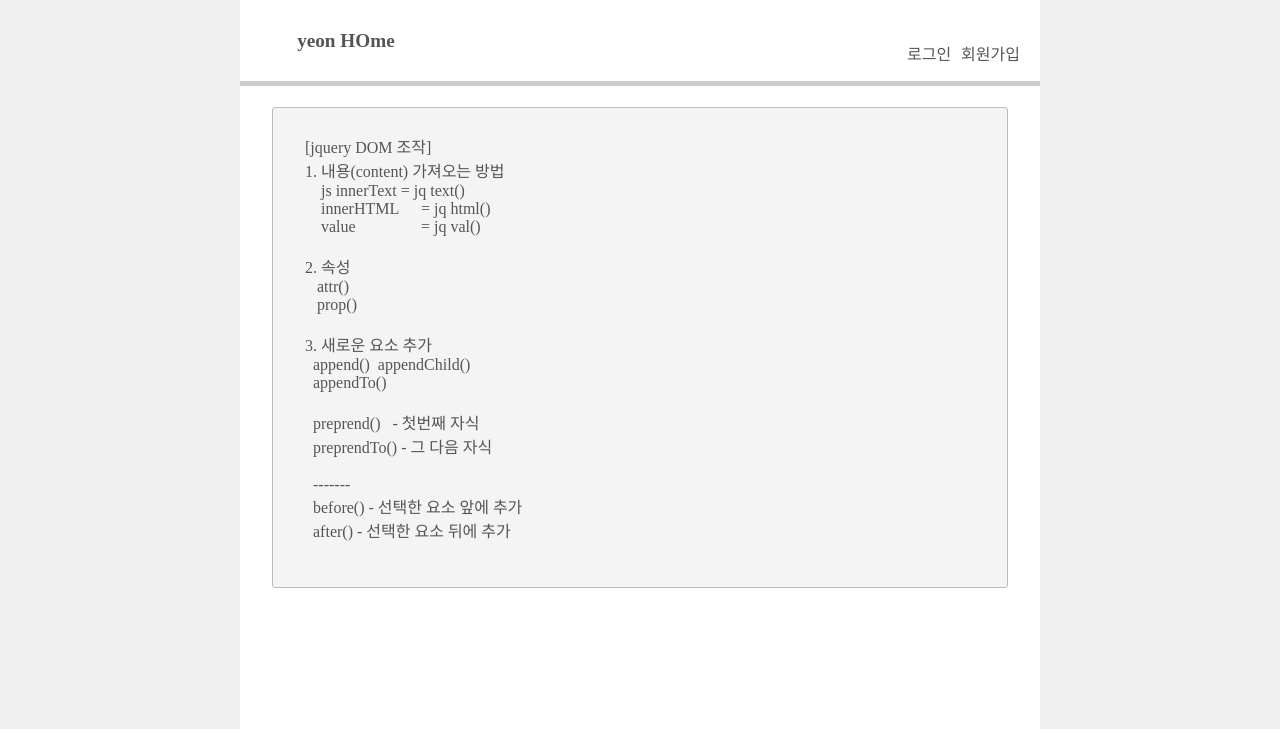
Repository: yeonhwa323/webPro
Page: webPro/src/main/webapp/jquery/days09/ex07.html
These files come from the project's save history. The page is drawn as it stood at one moment and after the next save; the edit follows.
The browser window is 1280 px wide. The pictures show the whole page.
Some web fonts or font styles are not loaded; a fallback is used.

Above is the page before, as saved 2024-04-17 06:52:11.

### webPro/src/main/webapp/jquery/days09/ex07.html
<!DOCTYPE html>
<html>
<head>
<meta charset="UTF-8">
<meta name="viewport" content="width=device-width, initial-scale=1.0">
<title>Insert title here</title>
<link rel="shortcut icon" type="image/x-icon" href="http://localhost/webPro/images/SiSt.ico">
<script src="https://ajax.googleapis.com/ajax/libs/jquery/3.7.1/jquery.min.js"></script>
<link rel="stylesheet" href="http://localhost/webPro/resources/cdn-main/example.css">
<script src="http://localhost/webPro/resources/cdn-main/example.js"></script>
<style>
 span.material-symbols-outlined{
   vertical-align: text-bottom;
 }
</style>
</head>
<body>
<header>
  <h1 class="main"><a href="#" style="position: absolute;top:30px;">yeon HOme</a></h1>
  <ul>
    <li><a href="#">로그인</a></li>
    <li><a href="#">회원가입</a></li>
  </ul>
</header>
<div>
  <xmp class="code">
    [jquery DOM 조작]
    1. 내용(content) 가져오는 방법
    	js innerText = jq text()
    	innerHTML 	 = jq html()
    	value 		 = jq val()

    2. 속성
       attr()
       prop()

    3. 새로운 요소 추가
      append()  appendChild()
      appendTo()

      preprend()   - 첫번째 자식
      preprendTo() - 그 다음 자식

      -------
      before() - 선택한 요소 앞에 추가
      after() - 선택한 요소 뒤에 추가

  </xmp>


</div>


</body>
</html>

### webPro/src/main/webapp/resources/cdn-main/example.css
@charset "UTF-8";

@import url('https://fonts.googleapis.com/css2?family=Material+Symbols+Outlined:opsz,wght,FILL,GRAD@20..48,100..700,0..1,-50..200');

@font-face {
    font-family: 'GmarketSansMedium';
    src: url('https://cdn.jsdelivr.net/gh/projectnoonnu/noonfonts_2001@1.1/GmarketSansMedium.woff') format('woff');
    font-weight: normal;
    font-style: normal;
}

:root {
	--text-color: #555;
	--sub-text-color: #777;
	--back-color: #EFEFEF;
	--header-color: #444;
	--primary-color: #DEDEDE;
	--secondary-color: #EFEFEF;
	--default-width: 800px;
	--narrow-width: 500px;
	--wide-width: 1200px;
	--text-font: 'GmarketSansMedium';
	--icon-font: 'Material Symbols Outlined';
	--border-color: #CCC;
}

html, body {
	margin: 0;
	padding: 0;
}

html {
	background-color: var(--back-color);
	display: flex;
	justify-content: center;
	min-height: 100vh;
}

body, body.default {
	width: var(--default-width);
	background-color: white;
	padding-bottom: 120px;
}

body.wide {
	width: var(--wide-width);
}

body.narrow {
	width: var(--narrow-width);
}



body, p, div, span, a, input, select, option, textarea, button, table, th, td, label, fieldset, legend {
	font-family: var(--text-font);
	color: var(--text-color);
}

h1, h2, h3 {
	font-family: var(--text-font);
	color: var(--header-color);
	padding: 0 1rem;
	padding-top: .5rem;
}

div > h1, div > h2, div > h3 {
	padding: 0;
}

body > div, body > main > div {
	padding: 0.3rem 1rem;
}


h1 { font-size: 2rem; border-bottom: 1px solid var(--border-color); }
h1 small { font-size: 1.2rem; color: var(--sub-text-color); }
h2 { font-size: 1.5rem; border-bottom: 1px dashed var(--border-color); }
h2 small { font-size: 1.1rem; color: --sub-text-color; }
h3 { font-size: 1.2rem; }
h3 small { font-size: 1rem; color: --sub-text-color; }



h1.main::before {
	font-family: var(--icon-font);
  	content: '\e666';
  	margin-right: 10px;
  	float: left;
	font-size: 2.5rem;
}

h1.sub::before {
	font-family: var(--icon-font);
  	content: '\ea19';
  	margin-right: 10px;
  	float: left;
	font-size: 2.5rem;
}


h1.page::before {
	font-family: var(--icon-font);
  	content: '\e0e0';
  	margin-right: 10px;
  	float: left;
	font-size: 2.5rem;
}

body > header > ul > li > .active{
	background-color: #FFF;
	color:#F00;
}

body > header {
	display: flex;
	justify-content: space-between;
	border-bottom: 5px solid var(--border-color);
	min-height: 74px;
	background-color: #FFF;
}

body > header.sticky {
	position: sticky;
	top: 0;
	z-index: 98;
}

body > header > h1 {
	font-size: 1.2rem;
	border: 0;
}

body > header.in > h1::before {
	font-family: var(--icon-font);
  	content: '\e332‥';
  	margin-right: 3px;
  	float: left;
	font-size: 2rem;
}


body > header > ul {
	list-style-type: none;
	display: flex;
	align-items: flex-end;
	margin-right: 10px;
}

body > header > ul > li {
	margin-right: 10px;
	cursor: pointer;
}

body > header > ul > li > a {
	cursor: pointer;
}


form {
	display: block;
}

form > div {
	padding: 0.3rem 1rem;
}

div > form > div {
	padding: 0.3rem 0;
}

input, textarea, button, select {
	border: 1px solid #BBB;
	border-radius: 3px;
	outline: none;
	resize: none;
	padding: 7px;
	margin: 0;
}

input[type=text]:read-only, textarea:read-only {
	cursor: not-allowed;
	background-color: #FFF;
}

input[type=text]:disabled, textarea:disabled {
	cursor: not-allowed;
	background-color: #EEE;
}

input[type=text], input[type=password], textarea, button, select {
	/* width: 300px; */
}

textarea {
	display: block;
	height: 100px;
}

input[type=button], input[type=submit], button {
	/* width: inherit; */
}

input.short, textarea.short, button.short, select.short {
	width: 100px;
}

input.long, textarea.long, button.long, select.long {
	width: 350px;
}

.narrow input.long, .narrow textarea.long, .narrow button.long, .narrow select.long {
	width: calc(100% - 20px);
}

input.full, textarea.full, button.full, select.full {
	width: calc(100% - 20px);
}

textarea.short {
	height: 50px;
}

textarea.long {
	height: 100px;
}

textarea.full {
	height: 200px;
}

input, textarea {
	padding-top: 8px;
}

input[type=button], input[type=submit], button {
	padding: 5px 10px;
	background-color: var(--secondary-color);
	cursor: pointer;
	min-height: 36px;
}

input[type=button].primary, input[type=submit].primary, button.primary {
	/* background-color: rgba(100, 149, 237, .2); */
	background-color: var(--primary-color);
}

input[type=button].primary:hover, input[type=submit].primary:hover, button.primary:hover {
	/* background-color: rgba(100, 149, 237, .3); */
	background-color: var(--secondary-color);
}

input[type=button]:hover, input[type=submit]:hover, button:hover {
	background-color: var(--primary-color);
}

button {
	position: relative;
	left: 0;
	top: 0;
	padding-left: 35px;
}

button .material-symbols-outlined {
	position: absolute;
	left: 10px;
	top: 4px;
}

/* k2nik add */
button.login::before {
	font-family: var(--icon-font);
  	content: '\ea77';
	position: absolute;
	left: 11px;
	top: 4px;
	font-size: 1.25rem;
}

/* k2nik logout */
button.logout::before {
	font-family: var(--icon-font);
  	content: '\e9ba';
	position: absolute;
	left: 11px;
	top: 4px;
	font-size: 1.25rem;
}

/* k2nik help */
button.help::before {
	font-family: var(--icon-font);
  	content: '\f1c0';
	position: absolute;
	left: 11px;
	top: 4px;
	font-size: 1.25rem;
}

button.add::before{
	font-family: var(--icon-font);
  	content: '\e746';
	position: absolute;
	left: 11px;
	top: 4px;
	font-size: 1.25rem;
}

button.back::before {
	font-family: var(--icon-font);
  	content: '\e166';
	position: absolute;
	left: 11px;
	top: 4px;
	font-size: 1.25rem;
}

button.list::before {
	font-family: var(--icon-font);
  	content: '\e0ee';
	position: absolute;
	left: 11px;
	top: 4px;
	font-size: 1.25rem;
}


button.del::before {
	font-family: var(--icon-font);
  	content: '\e872';
	position: absolute;
	left: 11px;
	top: 4px;
	font-size: 1.25rem;
}


button.edit::before {
	font-family: var(--icon-font);
  	content: '\e745';
	position: absolute;
	left: 11px;
	top: 4px;
	font-size: 1.25rem;
}


button.login::before {
	font-family: var(--icon-font);
  	content: '\ea77';
	position: absolute;
	left: 11px;
	top: 4px;
	font-size: 1.25rem;
}


button.logout::before {
	font-family: var(--icon-font);
  	content: '\e9ba';
	position: absolute;
	left: 11px;
	top: 4px;
	font-size: 1.25rem;
}


button.in::before {
	font-family: var(--icon-font);
  	content: '\f71a';
	position: absolute;
	left: 11px;
	top: 4px;
	font-size: 1.25rem;
}


button.out::before {
	font-family: var(--icon-font);
  	content: '\f70e';
	position: absolute;
	left: 11px;
	top: 4px;
	font-size: 1.25rem;
}


button.reply::before {
	font-family: var(--icon-font);
  	content: '\e15e';
	position: absolute;
	left: 11px;
	top: 4px;
	font-size: 1.25rem;
}


button.comment::before {
	font-family: var(--icon-font);
  	content: '\e0b9';
	position: absolute;
	left: 11px;
	top: 4px;
	font-size: 1.25rem;
}


button.modal::before {
	font-family: var(--icon-font);
  	content: '\e89e';
	position: absolute;
	left: 11px;
	top: 4px;
	font-size: 1.25rem;
}


button.ok::before {
	font-family: var(--icon-font);
  	content: '\e86c';
	position: absolute;
	left: 11px;
	top: 4px;
	font-size: 1.25rem;
}


button.cancel::before {
	font-family: var(--icon-font);
  	content: '\e5c9';
	position: absolute;
	left: 11px;
	top: 4px;
	font-size: 1.25rem;
}

button.search::before {
	font-family: var(--icon-font);
  	content: '\e8b6';
	position: absolute;
	left: 11px;
	top: 4px;
	font-size: 1.25rem;
}

button.home::before {
	font-family: var(--icon-font);
  	content: '\e88a';
	position: absolute;
	left: 11px;
	top: 4px;
	font-size: 1.25rem;
}


button.sidebar::before {
	font-family: var(--icon-font);
  	content: '\f7e4';
	position: absolute;
	left: 11px;
	top: 4px;
	font-size: 1.25rem;
}


button.sidebar-right::before {
	font-family: var(--icon-font);
  	content: '\f7e5';
	position: absolute;
	left: 11px;
	top: 4px;
	font-size: 1.25rem;
}




button::before {
	font-family: var(--icon-font);
  	content: '\e323';
	position: absolute;
	left: 11px;
	top: 4px;
	font-size: 1.25rem;
}


table {
	border-collapse: collapse;
	margin: 1rem;
	box-sizing: border-box;
	width: calc(100% - 32px);
}

table.content {
	width: auto;
}

div > table {
	margin: 0;
}

table th, table td {
	border: 1px solid var(--border-color);
	padding: 7px;
	font-weight: normal;
}

table th {
	background-color: var(--back-color);
}

table.vertical th {
	width: 150px;
}

table.vertical td {
	width: calc(100% - 182px);
	padding-left: 10px;
}

table.content td, table.content th {
	width: auto;
}

body.narrow table.vertical th {
	width: 100px;
}

body.narrow table.vertical td {
	width: calc(100% - 182px);
}


table + table {
	margin-top: 30px;
}


p {
	padding: 0 1rem;
}

a {
	text-decoration: none;
}

a:hover {
	color: rgba(255, 99, 71, .7);
}

hr {
	border: 0;
	border-top: 1px solid var(--border-color);
	margin: 2rem 0;
}

.message {
	border: 1px solid var(--border-color);
	background-color: #EFEFEF;
	margin: 1rem;
	width: auto;
	padding-top: 10px;
	padding-bottom: 10px;
	font-size: 14px;
}

.message[title]::before {
	content: attr(title);
	display: block;
	border-bottom: 1px solid var(--border-color);
	padding-bottom: 5px;
	margin-bottom: 10px;
	margin-top: 7px;
}

.message.short {
	max-width: 250px;
}

.message.long {
	max-width: 500px;
}

.badge {
	float: right;
	font-size: .8rem;
	margin-top: 2px;
	margin-right: 2px;
	text-shadow: 0 0 7px gray;
}

.badge.left {
	float: none;
	margin-left: 2px;
}

.badge.right {
	float: right;
}

.badge.red {
	border-radius: 50%;
	padding: 2px 5px;
	background-color: rgb(255, 99, 71, .3);
}

.badge.yellow {

	border-radius: 50%;
	padding: 2px 5px;
	background-color: rgb(255, 215, 0, .5);
}

.badge.blue {
	border-radius: 50%;
	padding: 2px 5px;
	background-color: rgb(100, 149, 237, .3);
}

label + label {
	margin-left: 7px;
}

label input[type=checkbox], label input[type=radio] {
	transform: translate(0, 1px);
}

.group {
	display: flex;
}

.modal-content .group {
	margin-bottom: .5rem;
}

.group label {
	border: 1px solid #BBB;
	border-radius: 3px;
	outline: none;
	resize: none;
	padding: 7px 14px;
	margin: 0;
	border-top-right-radius: 0;
	border-bottom-right-radius: 0;
	background-color: #EFEFEF;
	white-space: nowrap;
	font-size: 14px;
}

.group input[type=text] {
	margin-left: -1px;
	border-top-left-radius: 0;
	border-bottom-left-radius: 0;
}

.group select {
	margin-left: -1px;
	border-top-left-radius: 0;
	border-bottom-left-radius: 0;
}

.group input.full[type=text] {
	margin-left: -1px;
	border-top-left-radius: 0;
	border-bottom-left-radius: 0;
	width: 100%;
}

.group input[type=button]:first-child, .group button:first-child {
	border-top-left-radius: 3px;
	border-bottom-left-radius: 3px;
	margin-left: 0px;
}

.group input[type=button], .group button {
	border-radius: 0;
	margin-left: -1px;
}

.group input[type=button]:last-child, .group button:last-child {
	margin-left: -1px;
	border-top-right-radius: 3px;
	border-bottom-right-radius: 3px;
}

.seperate {
	display: flex;
	justify-content: space-between;
}

div.list {
	width: max-content;
	margin: 1rem;
	border: 1px solid #BBB;
	border-radius: 3px;
	padding: 0;
}

div.list.full {
	width: auto;
	display: block;
	margin: 1rem;
	border: 1px solid #BBB;
	border-radius: 3px;
	padding: 0;
}

div.list > div {
	padding: .5rem 1rem;
	margin: 0;
	border-bottom: 1px solid #BBB;
}

div.list > div:last-child {
	border-bottom: 0;
}

pre.code , xmp.code{
	font-family: consols;
	background-color: rgba(150, 150, 150, .1);
	border: 1px solid #BBB;
	border-radius: 3px;
	padding: .5rem 1rem;
	padding-bottom: .6rem;
	margin: 1rem;
}




*[data-modal-window] {
	position: fixed;
	background-color: rgba(0, 0, 0, .3);
	left: 0;
	top: 0;
	display: none;
	justify-content: center;
	align-items: flex-start;
	width: 100%;
	min-height: 100vh;
	z-index: 100;
	opacity: 0;
	transition: 500ms all;
}

*[data-modal-window] .modal-container {
	border-radius: 5px;
	padding: 1rem;
	padding-bottom: .5rem;
	margin-top: -500px;
	opacity: 0;
	width: 500px;
	background-color: #FFF;
	margin-right: 2rem;
	transition: 500ms all;
}

*[data-modal-size=content] .modal-container {
	width: auto;
}

*[data-modal-size=narrow] .modal-container {
	width: 300px;
}

*[data-modal-size=wide] .modal-container {
	width: 760px;
}


*[data-modal-window] .modal-header {
	border-bottom: 1px solid var(--border-color);
	padding: 2px 5px;
}

*[data-modal-window] .modal-content {
	padding: 1rem 5px;
}

*[data-modal-window] .modal-content div:last-child {
	margin-top: 1rem;
	text-align: right;
}



*[data-sidebar-window] {
	position: fixed;
	background-color: #FFF;
	left: 0;
	top: 0;
	display: block;
	width: 300px;
	border-right: 1px solid var(--border-color);
	box-sizing: border-box;
	box-shadow: 0 0 3px var(--back-color);
	min-height: 100vh;
	z-index: 99;
	transform: translate(-300px, 0);
	transition-duration: 500ms;
	transition-property: transform;
}

*[data-sidebar-direction=right] {
	left: auto;
	right: 0;
	transform: translate(300px, 0);
	border-left: 1px solid var(--border-color);
}

*[data-sidebar-size=wide] {
	width: 500px;
	transform: translate(-500px, 0);
}

*[data-sidebar-window] .sidebar-title {
	border-bottom: 1px solid var(--border-color);
	margin-top: 20px;
	margin-bottom: 20px;
	padding-bottom: 5px;
	display: flex;
	justify-content: space-between;
}

*[data-sidebar-window] .sidebar-title span:last-child {
	cursor: pointer;
}


/* K2Nik pagination */
.center {
  text-align: center;
}

.pagination {
  display: inline-block;
}

.pagination a {
  color: black;
  float: left;
  padding: 3px 6px;
  text-decoration: none;
  transition: background-color .3s;
  border: 1px solid #ddd;
  margin: 0 3px;
}

.pagination a.active {
  background-color: #4CAF50;
  color: white;
  border: 1px solid #4CAF50;
}

.pagination a:hover:not(.active) {background-color: #ddd;}

### webPro/src/main/webapp/resources/cdn-main/example.js

window.onload = () => {

    const list = document.querySelectorAll('input, textarea');

    list.forEach(item => {
        item.setAttribute('autocomplete', 'off');
    });


    const modal_btn_list = document.querySelectorAll('*[data-modal-button]');

    modal_btn_list.forEach(item => {
        item.onclick = function() {

            const name = this.dataset['modalButton'];
            const modal_window = document.querySelector('*[data-modal-window=' + name);

            const container = document.createElement('div');
            container.className = 'modal-container';



            const modal_header = document.createElement('div');
            modal_header.textContent = modal_window.dataset['modalTitle'];
            modal_header.className = 'modal-header';
            container.appendChild(modal_header);

            const modal_content = document.createElement('div');
            modal_content.className = 'modal-content';
            container.appendChild(modal_content);

            Array.from(modal_window.childNodes).forEach(item => {
                modal_content.appendChild(item);
            });

            modal_window.appendChild(container);

            modal_window.style.display = 'flex';

            setTimeout(() => {
                modal_window.style.opacity = 1;
                container.style.marginTop = '20px';
                container.style.opacity = 1;
            }, 50);


            const modal_ok = document.querySelector('*[data-modal-ok=' + name);
            modal_ok.addEventListener('click', function() {
                modal_window.style.opacity = 0;
                container.style.marginTop = '-500px';
                container.style.opacity = 0;

                setTimeout(() => {
                    modal_window.innerHTML = modal_content.innerHTML;
                    modal_window.style.display = 'none';
                }, 500);

            });

            const modal_cancel = document.querySelector('*[data-modal-cancel=' + name);
            modal_cancel.addEventListener('click', function() {

                modal_window.style.opacity = 0;
                container.style.marginTop = '-500px';
                container.style.opacity = 0;

                setTimeout(() => {
                    modal_window.innerHTML = modal_content.innerHTML;
                    modal_window.style.display = 'none';
                }, 500);
            });


        };
    });


    const sidebar_btn_list = document.querySelectorAll('*[data-sidebar-button]');

    sidebar_btn_list.forEach(item => {
        item.onclick = function() {



            const name = this.dataset['sidebarButton'];
            const sidebar_window = document.querySelector('*[data-sidebar-window=' + name);

            if (sidebar_window.style.transform == 'translate(0px, 0px)') return;



            sidebar_window.style.transform = 'translate(0, 0)';

            const sidebar_title = document.createElement('div');
            sidebar_title.className = 'sidebar-title';
            sidebar_title.innerHTML = '<span>' + sidebar_window.dataset['sidebarTitle'] + '</span><span class="material-symbols-outlined">close</span>';

            sidebar_title.children[1].onclick = function() {

                let sign = 1;
                let distance = 300;

                if (sidebar_window.dataset['sidebarDirection'] != 'right') {
                    sign = -1;
                } else {
                    sign = 1;
                }

                if (sidebar_window.dataset['sidebarSize'] != 'wide') {
                    distance = 300;
                } else {
                    distance = 500;
                }

                distance *= sign;

                sidebar_window.style.transform = 'translate(' + distance + 'px, 0)';

                setTimeout(function() {
                    sidebar_window.removeChild(sidebar_window.children[0]);
                }, 500);
            };


            sidebar_window.prepend(sidebar_title);

        }
    });

};

// window.onkeydown = function(event) {

//     if (event.keyCode == 27) {
//         if (document.querySelector('[data-modal-window').style.display == 'flex') {
//             document.querySelector('[data-modal-window').style.display = 'none';
//         }
//     }

// };

After the next save:
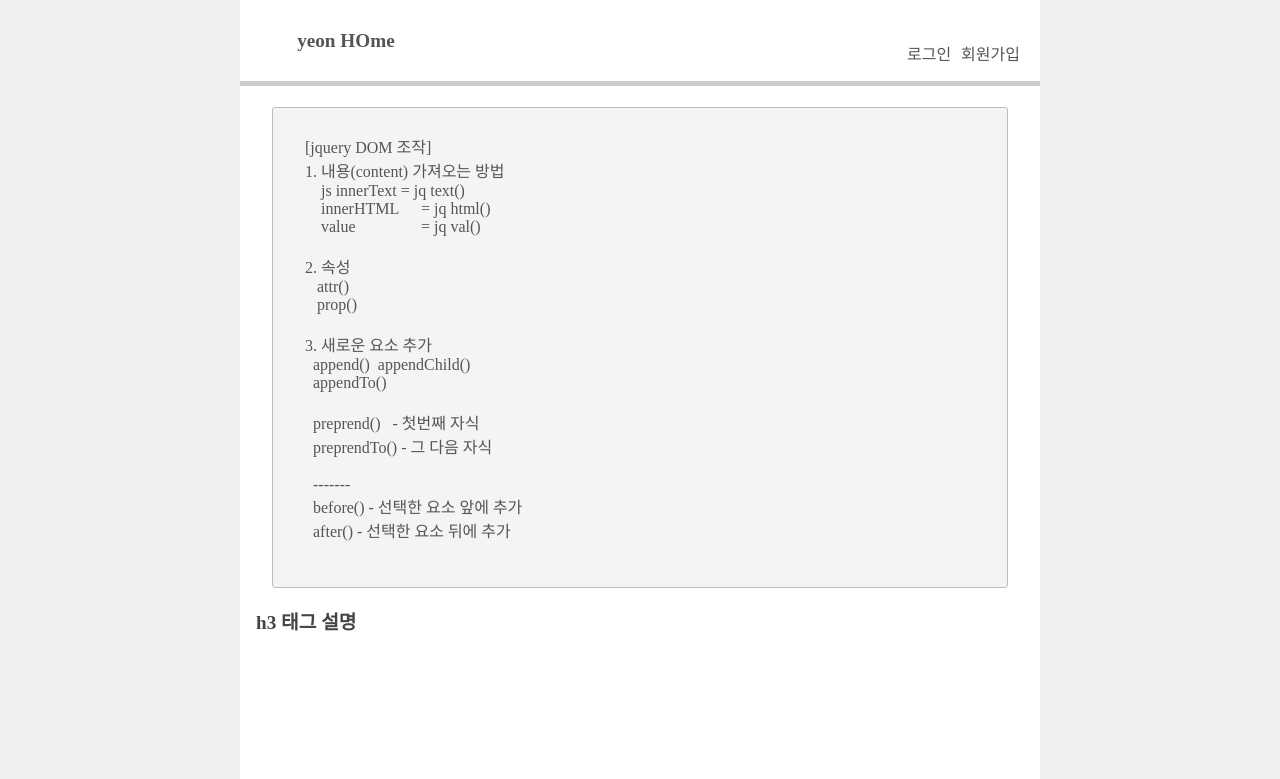
Console error: TypeError: $(...).myAlert is not a function
Saved 14 min 58 s later.
--- a/webPro/src/main/webapp/jquery/days09/ex07.html
+++ b/webPro/src/main/webapp/jquery/days09/ex07.html
@@ -47,9 +47,13 @@
 
   </xmp>
 
+  <h3> h3 태그 설명 </h3>
 
 </div>
 
+ <script>
+   $("h3").myAlert("사용자 경고창");
+ </script>
 
 </body>
 </html>

After the 3 saves that followed:
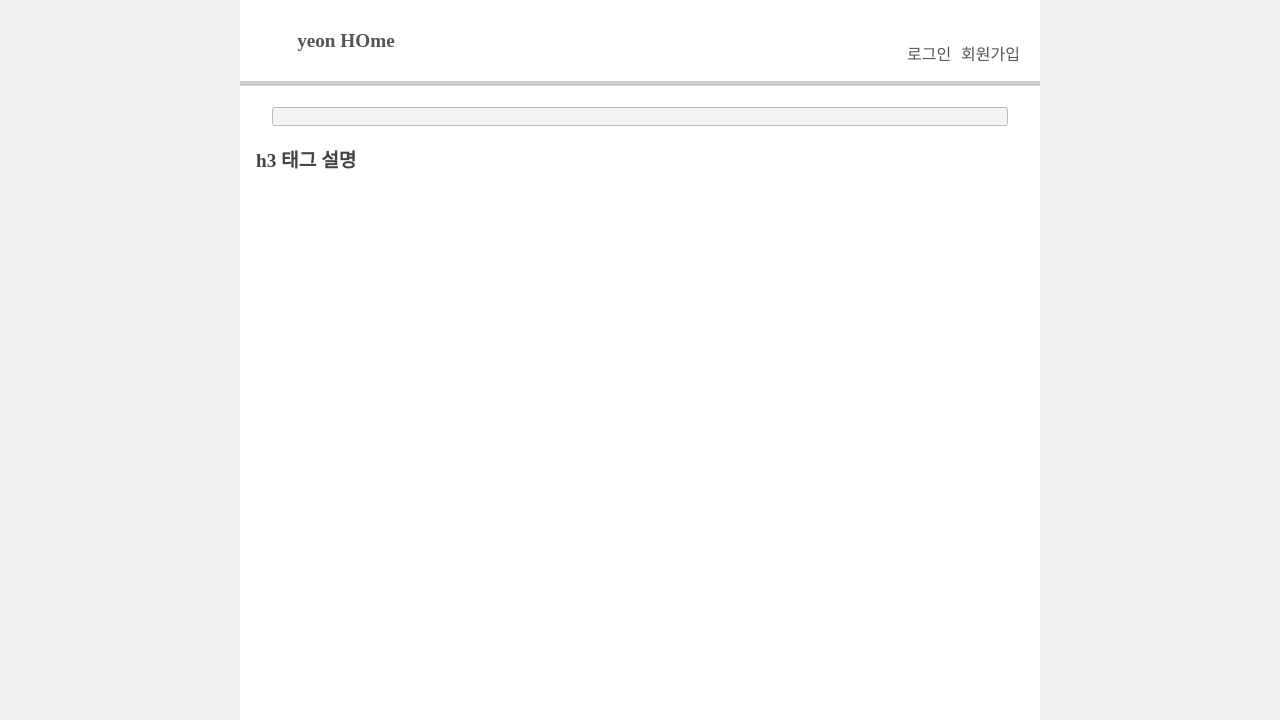
The error is gone.
The 3 saves are shown as one change because 2 left the picture as it was.
The last was saved 5 min 0 s later.
--- a/webPro/src/main/webapp/jquery/days09/ex07.html
+++ b/webPro/src/main/webapp/jquery/days09/ex07.html
@@ -52,8 +52,25 @@
 </div>
 
  <script>
-   $("h3").myAlert("사용자 경고창");
+   // Uncaught TypeError: $(...).myAlert is not a function
+   // myAlert() 메서드는 jquery 객체 메서드 X
+
+   // myAlert() 함수를 jquery 객체에
+   // 등록해서 사용하고 싶다.
+
+   // $ == window.jQuery == jQuery
+   // $.fn == $.prototype
+   // prototype : 객체 생성자 + 속성, 메서드 등록 시 사용
+
+   $.fn.myAlert = function( msg ){
+	   alert(`[${msg}]`)
+   }
+
+   //$("h3").myAlert("사용자 경고창");
+
  </script>
-
+ <script>
+   $("xmp.code").empty();
+ </script>
 </body>
 </html>
